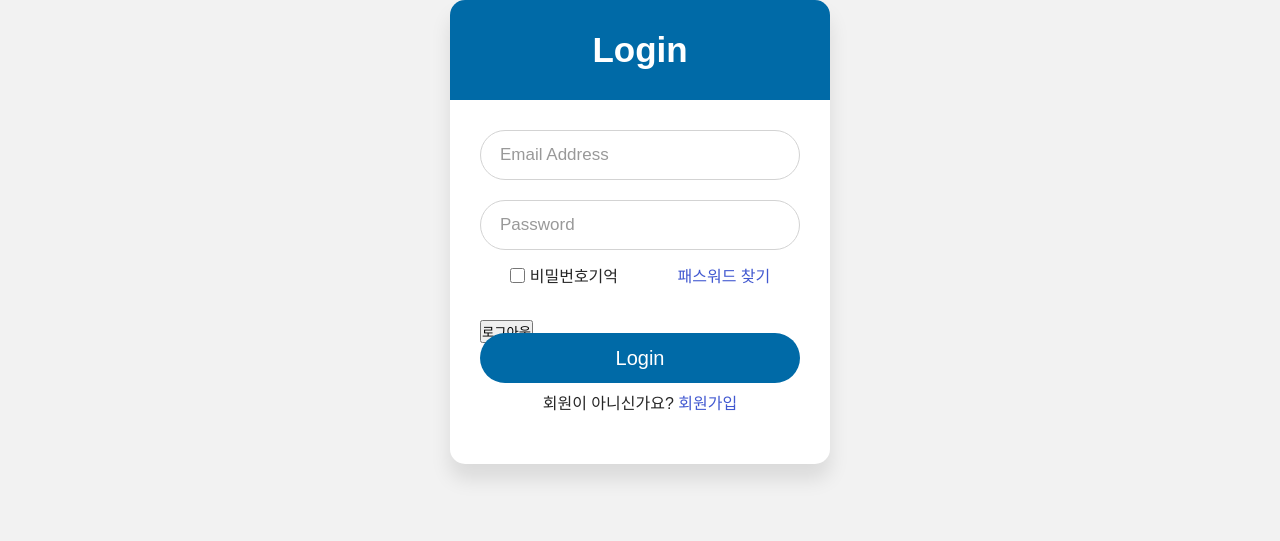
Repository: 99comcom/jsp-
Page: http://localhost/shop/user/login.jsp
An editor plug-in stored every save of this project. The page is shown before and after the next save, followed by the edit.
The browser window is 1280 px wide. The pictures show the whole page.
The page is served by Tomcat 9. Other server files are loaded and not shown.

Above is the page before, as saved 2022-08-22 01:10:50.
Console error: ReferenceError: $ is not defined

### shop/src/main/webapp/user/login.jsp
<%@ page language="java" contentType="text/html; charset=UTF-8"
    pageEncoding="UTF-8"%>

    <html dir="ltr">
  <head>
    <meta charset="utf-8">
    <title>Shopping Login</title>
    <link rel="stylesheet" href="/css/login.css">
  </head>
  <body1>
    <div class="wrapper">
      <div class="title1">Login</div>
      <form action="frm">
        <div class="field">
          <input type="text" name="uid" required>
          <label>Email Address</label>
        </div>
        <div class="field">
          <input type="password" name="pass" required>
          <label>Password</label>
        </div>
        <div class="content">
          <div class="checkbox">
            <input type="checkbox" id="remember-me">
            <label for="remember-me">비밀번호기억</label>
          </div>
          <div class="pass-link"><a href="#">패스워드 찾기</a></div>
        </div>
        <div class="field">
        <button>로그아웃</button>
          <input type="submit" value="Login">
        </div>
        <div class="signup-link">회원이 아니신가요? <a href="#">회원가입</a></div>
      </form>
    </div>

  </body1>
</html>

<script>

$(frm).on("click",".field button",function(){
	alert("qweqwe");
})
$.ajax({
	type:"get",
	url:"/user/login.json",
	data:{uid:uid},
	dataType:"json",
	success:function(data){
		if(data.uid==null){
		alert("아이디가 존재하지 않습니다.");
		$(frm.uid).focus();
		}else if(data.pass!=pass){
				alert("비밀번호가 일치하지 않습니다.");
				$(frm.pass).focus();

			}else{
				location.href="/";
			}

	}
})






</script>

### shop/src/main/webapp/css/login.css
*{
  margin: 0;
  padding: 0;
  box-sizing: border-box;
  font-family: 'Poppins', sans-serif;
}
html,body1{
  display: grid;
  place-items: center;
  background: #f2f2f2;
}
::selection{
  background: #4158d0;
  color: #fff;
}
.wrapper{
  width: 380px;
  background: #fff;
  border-radius: 15px;
  box-shadow: 0px 15px 20px rgba(0,0,0,0.1);
}
.wrapper .title1{
  font-size: 35px;
  font-weight: 600;
  text-align: center;
  line-height: 100px;
  color: #fff;
  user-select: none;
  border-radius: 15px 15px 0 0;
  background: #006AA7;
}
.wrapper form{
  padding: 10px 30px 50px 30px;
}
.wrapper form .field{
  height: 50px;
  width: 100%;
  margin-top: 20px;
  position: relative;
}
.wrapper form .field input{
  height: 100%;
  width: 100%;
  outline: none;
  font-size: 17px;
  padding-left: 20px;
  border: 1px solid lightgrey;
  border-radius: 25px;
  transition: all 0.3s ease;
}
.wrapper form .field input:focus,
form .field input:valid{
  border-color: #4158d0;
}
.wrapper form .field label{
  position: absolute;
  top: 50%;
  left: 20px;
  color: #999999;
  font-weight: 400;
  font-size: 17px;
  pointer-events: none;
  transform: translateY(-50%);
  transition: all 0.3s ease;
}
form .field input:focus ~ label,
form .field input:valid ~ label{
  top: 0%;
  font-size: 16px;
  color: #4158d0;
  background: #fff;
  transform: translateY(-50%);
}
form .content{
  display: flex;
  width: 100%;
  height: 50px;
  font-size: 16px;
  align-items: center;
  justify-content: space-around;
}
form .content .checkbox{
  display: flex;
  align-items: center;
  justify-content: center;
}
form .content input{
  width: 15px;
  height: 15px;
  background: red;
}
form .content label{
  color: #262626;
  user-select: none;
  padding-left: 5px;
}
form .content .pass-link{
  color: "";
}
form .field input[type="submit"]{
  color: #fff;
  border: none;
  padding-left: 0;
  margin-top: -10px;
  font-size: 20px;
  font-weight: 500;
  cursor: pointer;
  background: #006AA7;
  transition: all 0.3s ease;
}
form .field input[type="submit"]:active{
  transform: scale(0.95);
}
form .signup-link{
  color: #262626;
  margin-top: 20px;
  text-align: center;
}
form .pass-link a,
form .signup-link a{
  color: #4158d0;
  text-decoration: none;
}
form .pass-link a:hover,
form .signup-link a:hover{
  text-decoration: underline;
}

After the next save:
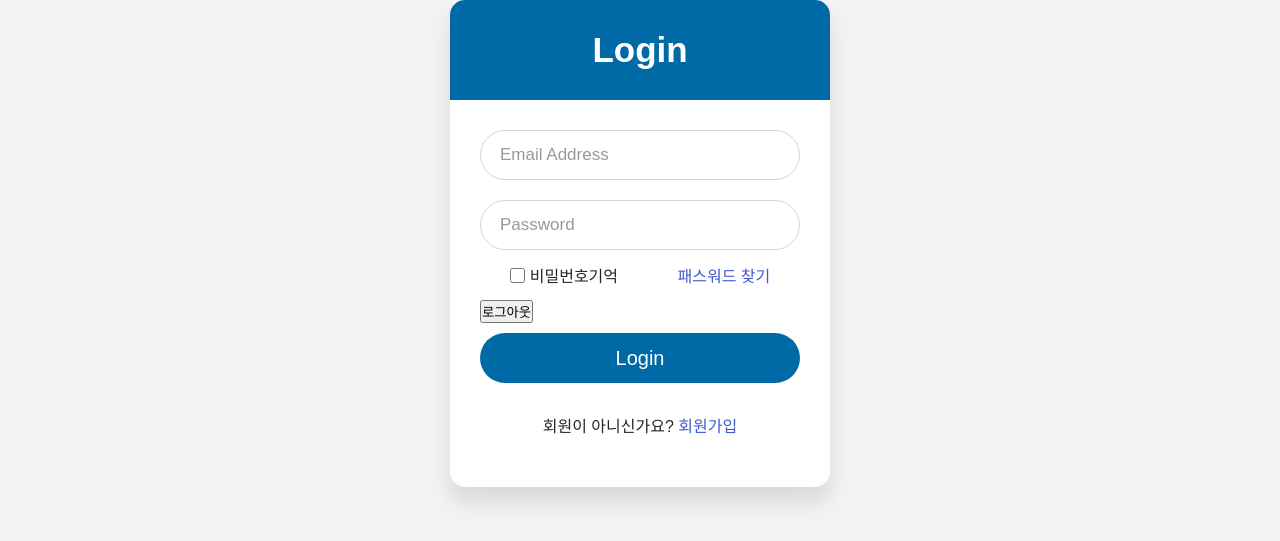
Saved 25 s later.
--- a/shop/src/main/webapp/user/login.jsp
+++ b/shop/src/main/webapp/user/login.jsp
@@ -26,8 +26,9 @@
           </div>
           <div class="pass-link"><a href="#">패스워드 찾기</a></div>
         </div>
+        <button>로그아웃</button>
         <div class="field">
-        <button>로그아웃</button>
+
           <input type="submit" value="Login">
         </div>
         <div class="signup-link">회원이 아니신가요? <a href="#">회원가입</a></div>
